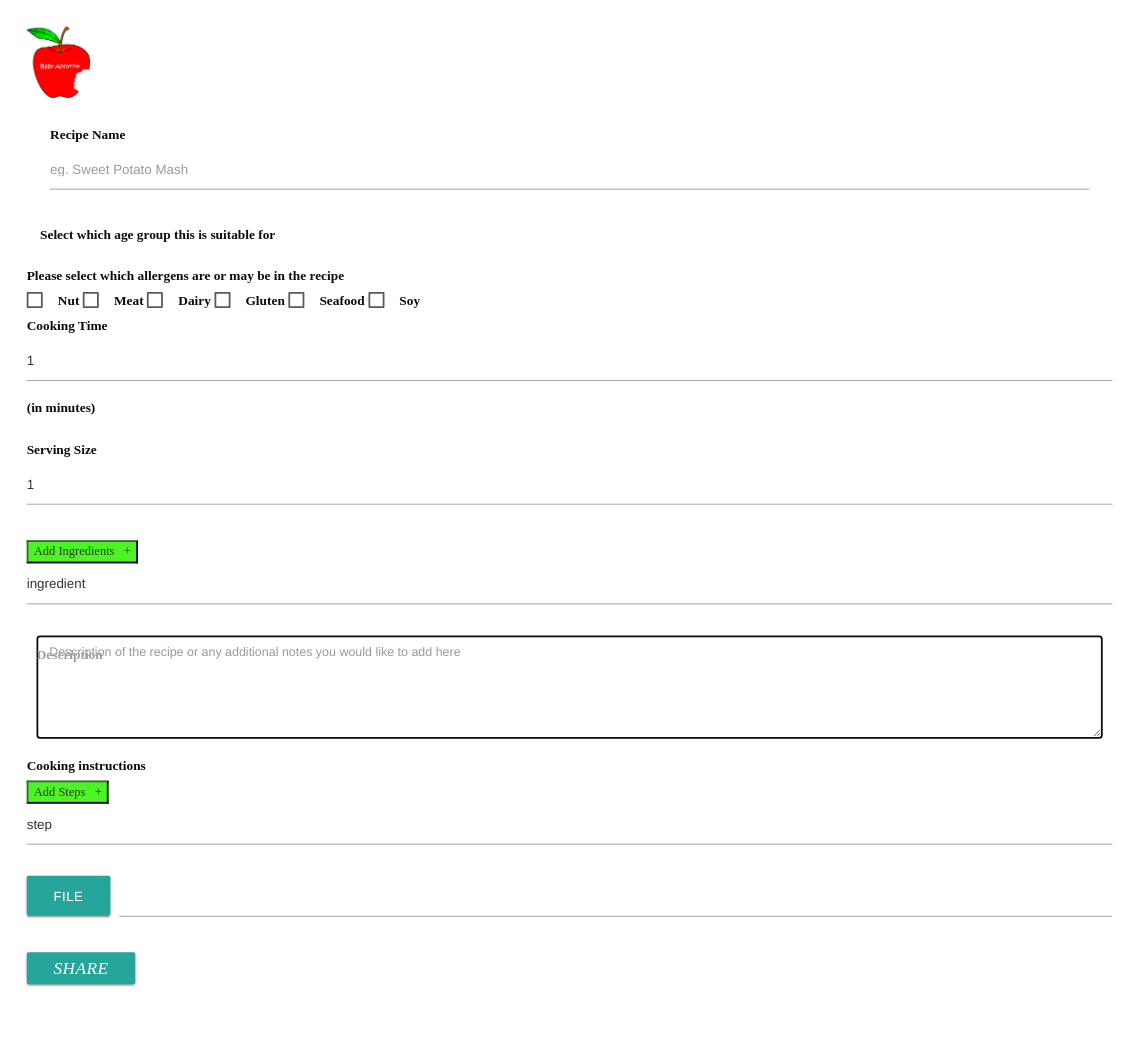
Repository: blueag8/babyappytite
Page: http://localhost/addrecipe
The author's editor kept a record of every edit. The page is drawn from the files as they stood at one moment, then again after the next edit.
The browser window is 1280 px wide. The pictures show the whole page, at 89% of full size.
Some web fonts or font styles are not loaded; a fallback is used. Some web libraries are served in a nearby version. The page is served by the project's application, run on Flask 3 (app.py). Queries for data that is not in the repository find no rows.

Above is the page before.
Console error: SyntaxError: Unexpected end of input

After the next edit:
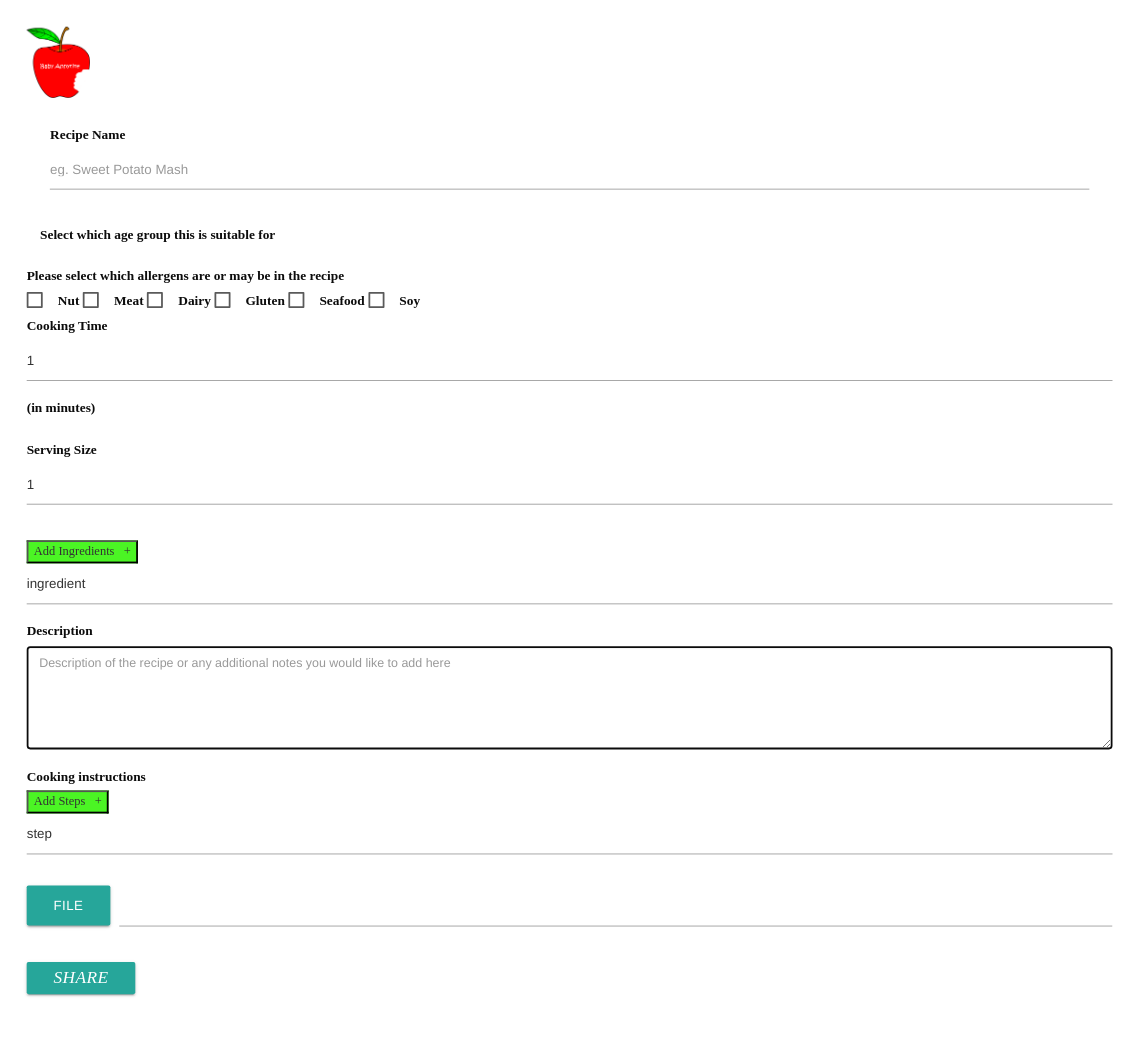
The edit:
--- a/templates/addrecipe.html
+++ b/templates/addrecipe.html
@@ -72,7 +72,7 @@
     </div>
   </div>
 
- <div class="input-field col s12">
+ <div class="recipe_description">
     <label for="recipe_description">Description</label>
       <div class="row">
       <textarea class="form-control" id="recipe_description" name="recipe_description" rows="5" placeholder="Description of the recipe or any additional notes you would like to add here"></textarea>
